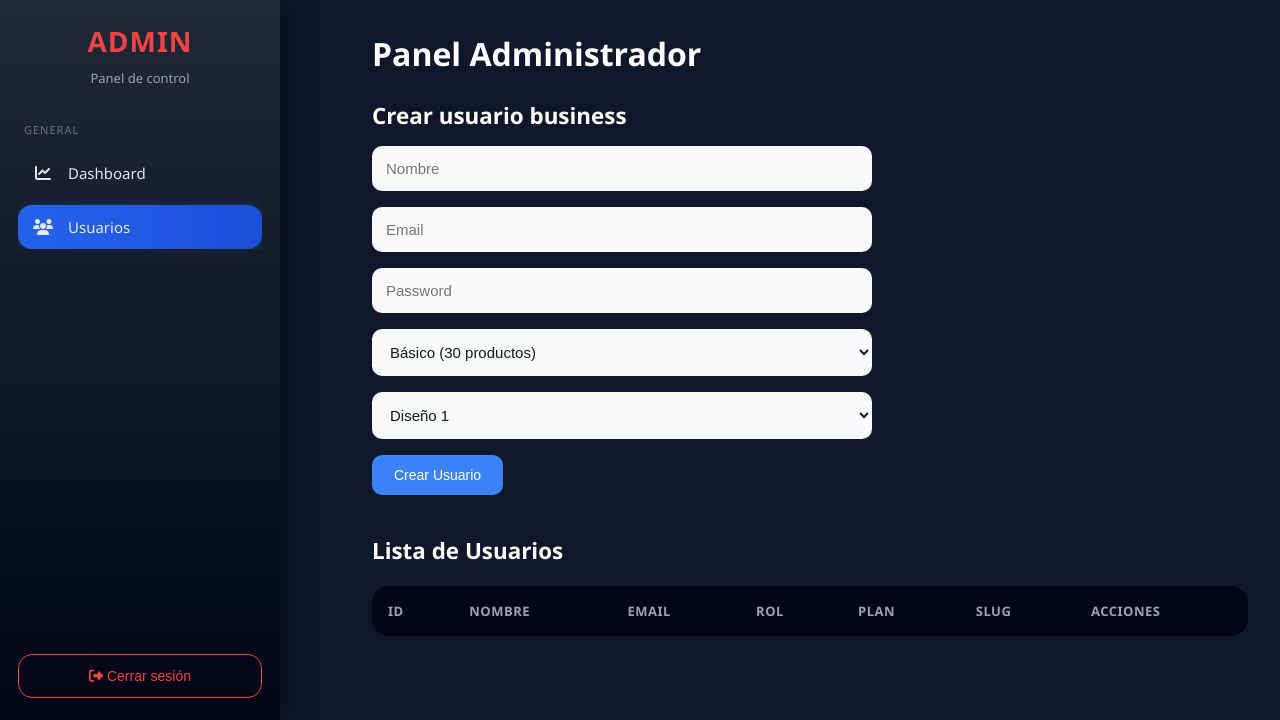
Repository: BrianCarringtom/menuqr
Page: http://localhost/admin/users
The author's editor kept a copy of each file at every save. The page is drawn from the files as they stood at one save, then again after the next save.
The browser window is 1280 px wide. The pictures show the whole page.
The page is served by the project's Laravel application, run on PHP 8.4 with Laravel 12. A made-up administrator, Test User (test@example.com), is signed in. Queries for data that is not in the repository find no rows.

Above is the page before, as saved 2026-06-02 22:43:32.

After the next save:
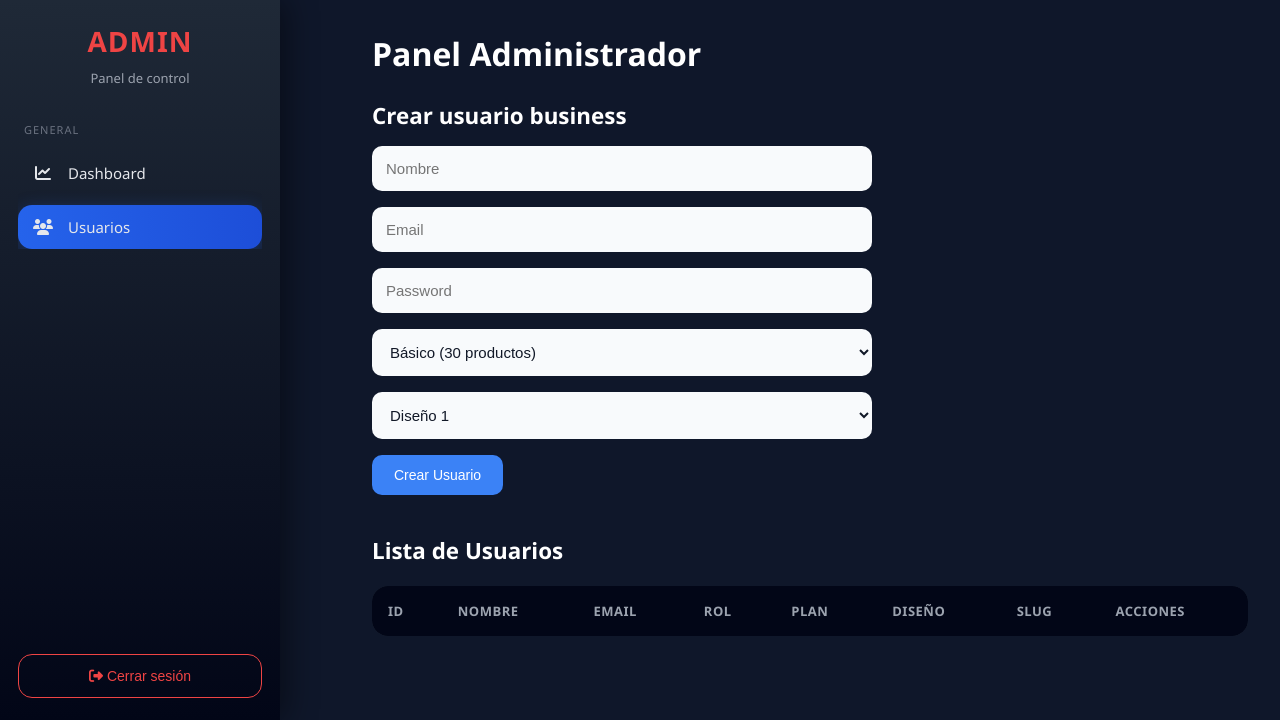
Saved 66 s later.
--- a/resources/views/admin/users.blade.php
+++ b/resources/views/admin/users.blade.php
@@ -220,6 +220,7 @@
                         <th>Email</th>
                         <th>Rol</th>
                         <th>Plan</th>
+                        <th>Diseño</th>
                         <th>Slug</th>
                         <th>Acciones</th>
                     </tr>
@@ -256,6 +257,10 @@
                                     Premium
                                 @endif
 
+                            </td>
+
+                            <td>
+                                {{ $user->theme }}
                             </td>
 
                             <td>
